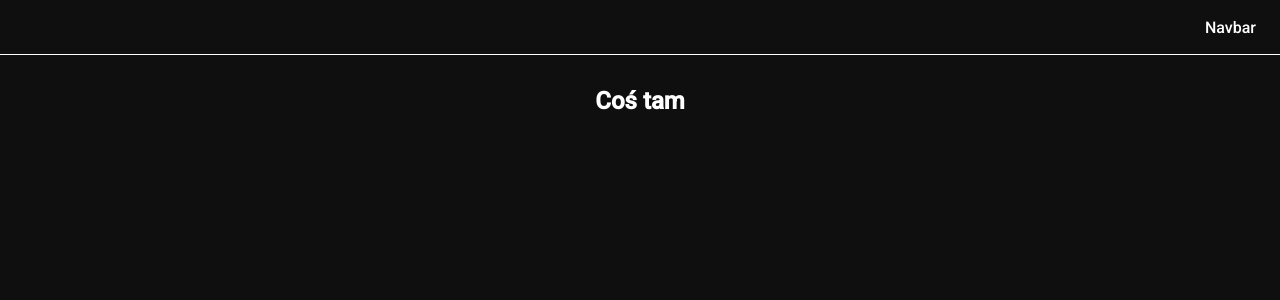
Repository: KrzysKolo/sr_tydzien5_zad3
Page: /
These files come from the project's save history. The page is drawn as it stood at one moment and after the next save; the edit follows.
The browser window is 1280 px wide. The pictures show the whole page.
The project was rebuilt for these pictures with package versions that can differ from the ones it lists, and the page was loaded fresh each time.

Above is the page before, as saved 2020-12-29 16:49:18.

### public/index.html
<!DOCTYPE html>
<html lang="en">
  <head>
    <meta charset="utf-8" />
    <link rel="icon" href="%PUBLIC_URL%/favicon.ico" />
    <meta name="viewport" content="width=device-width, initial-scale=1" />
    <meta name="theme-color" content="#000000" />
    <meta
      name="description"
      content="Web site created using create-react-app"
    />
    <link rel="apple-touch-icon" href="%PUBLIC_URL%/logo192.png" />
    <!--
      manifest.json provides metadata used when your web app is installed on a
      user's mobile device or desktop. See https://developers.google.com/web/fundamentals/web-app-manifest/
    -->
    <link rel="manifest" href="%PUBLIC_URL%/manifest.json" />
    <!--
      Notice the use of %PUBLIC_URL% in the tags above.
      It will be replaced with the URL of the `public` folder during the build.
      Only files inside the `public` folder can be referenced from the HTML.

      Unlike "/favicon.ico" or "favicon.ico", "%PUBLIC_URL%/favicon.ico" will
      work correctly both with client-side routing and a non-root public URL.
      Learn how to configure a non-root public URL by running `npm run build`.
    -->
    <link rel="preconnect" href="https://fonts.gstatic.com">
    <link href="https://fonts.googleapis.com/css2?family=Poppins:wght@300;400&family=Roboto:wght@500&display=swap" rel="stylesheet">
    <title>Menu nawigacyjne</title>
  </head>
  <body>
    <noscript>You need to enable JavaScript to run this app.</noscript>
    <div id="root"></div>
    <!--
      This HTML file is a template.
      If you open it directly in the browser, you will see an empty page.

      You can add webfonts, meta tags, or analytics to this file.
      The build step will place the bundled scripts into the <body> tag.

      To begin the development, run `npm start` or `yarn start`.
      To create a production bundle, use `npm run build` or `yarn build`.
    -->
  </body>
</html>

### src/App.js
import React from 'react';
import styled from 'styled-components';
import './App.css';
import Navbar from './components/navbar/Navbar';

const AppContainer = styled.div`
  width: 100vw;
  height: 100vh;
  display: flex;
  flex-direction: column;
  align-items: center;
  background-color: rgba(15, 15, 15, 1);
  color: #fff;
`;
const InnerContainer = styled.div`
  width: 100%;
  display: flex;
  flex-direction: column;
  align-items: center;
  padding: 2rem;
`;
const SomeContent = styled.h2`
  color: #fff;
`;
const App = () => {
  return (
    <div className="App">
      <AppContainer>
        <Navbar />
        <InnerContainer>
          <SomeContent>Coś tam</SomeContent>
        </InnerContainer>
      </AppContainer>
    </div>
  )
}

export default App;

### src/App.css
* {
  box-sizing: border-box;
  padding: 0;
  margin: 0;
}
body {
  font-family: "Roboto", sans-serif;
}

### src/components/navbar/Navbar.js
import React from 'react';
import styled from 'styled-components';
import HanburgerMenu from './../../components/hamburgerMenu/HanburgerMenu';

const NavbarContainer = styled.div`
    width: 100vw;
    height: 55px;
    border-bottom: 1px solid #fff;
    display: flex;
    flex-direction: row-reverse;
    align-items: center;
    padding: 0 1.5rem;
`;
const Navbar = (props) => {
    return (
        <NavbarContainer>
            Navbar
        </NavbarContainer>
    )
}

export default Navbar;

### src/components/hamburgerMenu/HanburgerMenu.js
import React from 'react';
import styled from 'styled-components';

const HamburgerMenuContainer = styled.div`
    display: flex;
`;

const HamburgerIcon = styled.div`
    color: ${({ reverseColor }) => reverseColor ? "#000" : "#fff"};
    cursor: pointer;
    z-index: 99;
    transition: all 0.25s ease-in-out;
`;

const MenuContainer = styled.div`
    min-width: 300px;
    width: 100%;
    max-width: 44%;
    background-color: #fff;
    box-shadow: -2px 0 2px rgba(15, 15, 15, 0.3);
    z-index: 90;
    position: fixed;
    top: 0;
    right: 0;
    user-select: none;
    padding: 1rem 2.5rem;

`;

const HanburgerMenu = (props) => {
    return (
        <HamburgerMenuContainer>
            <HamburgerIcon>
                Icon
            </HamburgerIcon>
            <MenuContainer>
                Menu
            </MenuContainer>
        </HamburgerMenuContainer>
    )
}

export default HanburgerMenu;

Loaded but not shown: src/index.js (common file); src/index.css (common file)

After the next save:
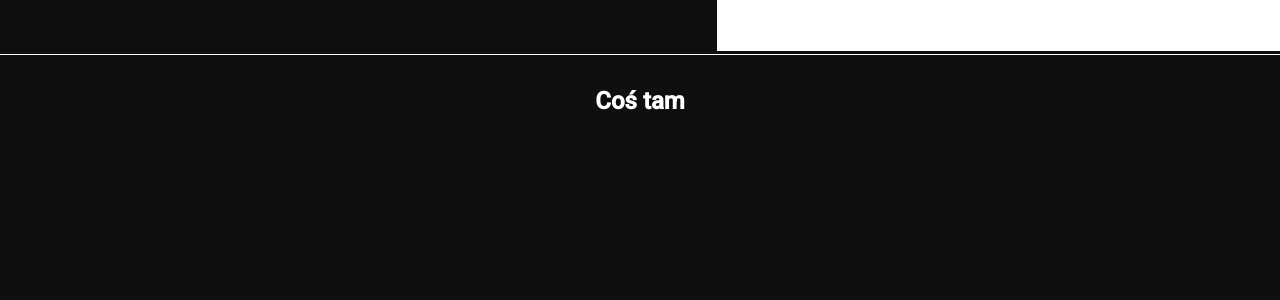
Saved 19 s later.
--- a/src/components/navbar/Navbar.js
+++ b/src/components/navbar/Navbar.js
@@ -14,7 +14,7 @@ const NavbarContainer = styled.div`
 const Navbar = (props) => {
     return (
         <NavbarContainer>
-            Navbar
+            <HanburgerMenu />
         </NavbarContainer>
     )
 }
